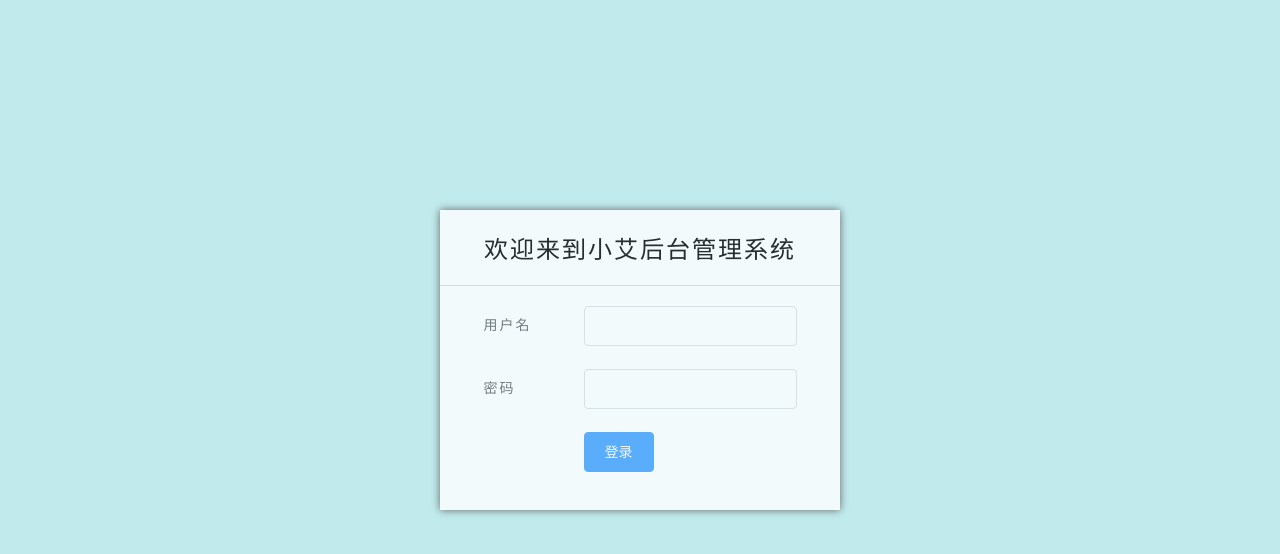
Repository: noob-injoker/router-slots-cw-ee
Page: /Login
An editor plug-in stored every save of this project. The page is shown before and after the next save, followed by the edit.
The browser window is 1280 px wide. The pictures show the whole page.
The project was rebuilt for these pictures with package versions that can differ from the ones it lists, and the page was loaded fresh each time. Also part of the build but not shown: vue.config.js, src/views/Home.vue, src/views/Layout.vue.

Above is the page before, as saved 2020-08-29 20:14:39.

### src/main.js
import Vue from 'vue'
import App from './App.vue'
import router from './router'
import store from './store'
import './bus'
import ElementUI from 'element-ui'
import 'element-ui/lib/theme-chalk/index.css'

Vue.use(ElementUI)

Vue.config.productionTip = false

new Vue({
  router,
  store,
  render: h => h(App)
}).$mount('#app')

### src/App.vue
<template>
<div id="app">

  <router-view />

</div>
</template>

<style>
@import './styles/styles.scss';
@import './styles/common.scss';
</style>

### src/router/index.js
import Vue from 'vue'
import VueRouter from 'vue-router'
import Home from '../views/Home.vue'
import Layout from '../views/Layout.vue'

Vue.use(VueRouter)

  const routes = [
    {
      path: '/',
      name: 'Layout',
      component: Layout,
      children: [

        {
          path: '',
          name: 'Home',
          component: Home
        }
        // ,
        // {
        //   path: 'cata',
        //   name: 'cata',
        //   component: () => import('../views/cata.vue')
        // }
      ]

    },
    {
      path:'/Login',
      name:"Login",
      component: () => import('../views/Login.vue'),
      meta:{
        title:'登录'
      }
    },
  // ,
  // {
  //   path: '/about',
  //   name: 'About',
  //   // route level code-splitting
  //   // this generates a separate chunk (about.[hash].js) for this route
  //   // which is lazy-loaded when the route is visited.
  //   component: () => import(/* webpackChunkName: "about" */ '../views/About.vue')
  // }

]

const router = new VueRouter({
  mode: 'history',
  base: process.env.BASE_URL,
  routes
})

export default router

### src/store/index.js
import Vue from 'vue'
import Vuex from 'vuex'
import user from './user/user'

Vue.use(Vuex)

export default new Vuex.Store({
  state: {
    some:""
  },
  mutations: {
    setSome(state,data){
      state.some = data
    }
  },
  actions: {
  },
  modules: {
    user
  }
})

### src/bus/index.js
import Vue from 'vue'
const bus = new Vue()
Vue.prototype.$bus = bus

### src/styles/styles.scss
.username .el-form-item__label,.password .el-form-item__label{
    text-align: left;
}

### src/styles/common.scss
*{
  margin: 0px;
  padding: 0px;
}

.df{
  display: flex;
}
.f-1{
  flex: 1;
}
.j-center{
  display: flex;
  justify-content: center;

}
.j-bettween{
  display: flex;
  justify-content: space-between;

}
.j-around{
  display: flex;
  justify-content: space-around;
}
.j-end{
  display: flex;
  justify-content: flex-end;
}
.a-center{
  align-items: center;
}
.f-column{
  display: flex;
  flex-direction: column;
}
.p-r{
  position: relative;
}
.p-a{
  position: absolute;
}

.r1{
  border: 1px solid red;
}
.y1{
  border: 1px solid yellow;
}
.b1{
  border: 1px solid black;
}

.l-height32{
  line-height: 32px;
}
.w100{

  width: 100%;

}
.t-center{
  text-align: center;

}
.f12{
  font-size: 12px;
}

.w1170{
  width: 1170px;
}
.h100{
  height: 100px;
}
.h70{
  height: 70px;
}
.h436{
  height: 436px;
}
.h350{
  height: 350px;
}
.w1070{
  width: 1070px;
}
.h1590{
  height: 1590px;
}
.h726{
  height: 726px;
}
.w1054{
  width: 1054px;
}
.h160{
  height: 160px;
}
.w732{
  width: 732px;
}
.b2{
  border: 2px solid black;
}
.h434{
  height: 434px;

}
.h600{
  height: 600px;
}
.w1078{
  width: 1078px;
}
.h362{
  height: 362px;
}
.fs16{
  font-size: 16px;
}
.w652{
  width: 652px;

}
.h82{
  height: 82px;
}
.w1064{
  width: 1064px;
}
.h352{
  height: 352px;
}
.w286{
  width: 286px;
}
.h22{
  height: 22px;
}
.w290{
  width: 290px;
}
.h330{
  height: 330px;
}
.mt40{
  margin-top: 40px;
}
.h724{
  height: 724px;
}
.h630{
  height: 630px;

}
.w1058{
  width: 1058px;
}
.h160{
  height: 160px;
}
.w290{
  width: 290px;
}
.w738{
  width: 738px;
}
.w1170{
  width: 1170;
}
.h468{
  height: 468px;
}
.mt20{
  margin-top: 20px;
}
.h318{
  height: 318px;
}
.w652{
  width: 652px;
}
.w370{
  width: 370px;
}
.h314{
  height: 314px;
}
.g1{
  border: 1px solid gray;
}
.w146{
  width: 146px;
}
.box_content3_pic img{
  width: 100%;
  height: 100%;
}
.w488{
  width: 488px;
}
.h420{
  height: 420px;
}
.h234{
  height: 234px;
}
.w950{
  width: 950px;
}
.h68{
  height: 68px;
}
.w124{
  width: 124px;
}
.h50{
  height: 50px;
}
.w190{
  width: 190px;
}
.h44{
  height: 44px;
}
.w184{
  width: 184px;
}
.h32{
  height: 32px;
}
.h400{
  height: 400px;
}
.w1200{
  width: 1200px;
}
.w950{
  width: 950px;

}
.h630{
  height: 630px;
}
.h188{
  height: 188px;
}
.h380{
  height: 380px;
}
.h335{
  height: 335px;
}
.h138{
  height: 138px;
}
.w238{
  width: 238px;
}
.h668{
  height: 668px;
}
.h446{
  height: 446px;
}
.w460{
  width: 460px;
}
.w140{
  width: 140px;
}
.h140{
  height: 140px;
}
.w320{
  width: 320px;
}
.w950{
  width: 950px;

}
.h498{
  height: 498px;
}
.h100{
  height: 100px;
}
.h398{
  height: 398px;
}
.mb10{
  margin-bottom: 10px;
}
.w358{
  width: 358px;
}
.w440{
  width: 440px;
}
.w119{
  width: 119px;
}
.h30{
  height: 30px;
}
.w59{
  width: 59px;
}
.h88{
  height: 88px;
}
.w1000{
  width: 1000px;
}
.height{
  height: 460px;
}
.w120{
  width: 120px;
}
.h70{
  height: 70px;
}
.fs12{
  font-size: 12px;
}
.fs14{
  font-size: 14px;
}
.h509{
  height: 509px;
}
.w644{
  width: 644px;
}
.w274{
  width: 274px;
}
.w162{
  width: 274px;
}
.h104{
  height: 104px;
}
.w450{
  width: 450px;
}
.w162{
  width: 162px;
}
.h38{
  height: 38px;
}
.h40{
  height: 40px;
}
.w276{
  width: 276px;
}
.h320{
  height: 320px;
}
.w274{
  width: 274px;

}
.h76{
  height: 76px;
}
.h84{
  height: 84px;
}
.h140{
  height: 140px;
}
.h72{
  height: 72px;
}
.h80{
  height: 80px;
}
.h140{
  height: 140px;
}
.w98{
  width: 98px;
}
.w172{
  width: 172px;
}
.h310{
  height: 310px;
}
.h150{
  height: 150px;
}
.h40{
  height: 40px;
}
.pr{
  position: relative;
}
.pa{
  position: absolute;
}
.h176{
  height: 176px;
}
.w920{
  width: 920px;
}
.h122{
  height: 122px;
}
.h145{
  height: 145px;
}
.h108{
  height: 108px;
}
.h48{
  height: 48px;
}
.w612{
  width: 612px;
}
.h36{
  height: 36px;
}
.w322{
  width: 322px;
}
.w1002{
  width: 1002px;
}
.h98{
  height: 98px;
}
.h44{
  height: 44px;
}

.h328{
  height: 328px;
}
.w670{
  width: 670px;
}
.w258{
  width: 258px;
}
.h368{
  height: 368px;
}
.h308{
  height: 308px;
}
.w332{
  width: 332px;
}
.h590{
  height: 590px;
}
.h466{
  height: 466px;
}
.w242{
  width: 242px;
}
.w732{
  width: 732px;
}
.h42{
  height: 42px;
}
.w420{
  width: 420px;
}
.w270{
  width: 270px;
}
.w730{
  width: 730px;
}
.h150{
  height: 150px;
}
.w270{
  width: 270px;
}
.h120{
  height: 120px;
}
.w420{
  width: 420px;
}

.h150{
  height: 150px;
}
.w244{
  width: 244px;

}
.h276{
  height: 276px;
}
.h42{
  height: 42px;
}
.h490{
  height: 490px;
}
.f1{
  flex: 1;
}
.f5{
  flex: 5;
}
.h64{
  height: 64px;
}
.m-l-20{
  margin-left: 20px;
}
.p-l-8{

  padding-left: 8px;
}
.cw{
  color: white;
}
.bg_blue{
  background: rgb(87, 87, 128);
}
.p10{
  padding:10px;
}
.m-t-40{
  margin-top: 40px;
}
.m-t-10{
  margin-top: 10px;
}
.wb20{
  width: 20%;
}
.wb24{
  width: 24%;
}
.hb30{
  height: 30%;
}
.h60{
  height: 60px;
}
.fs22{
  font-size: 40px;
}
.h50{
  height: 50px;
}
.w200{
  width: 200px;
}
.m-t-10{
  margin-top: 10px;
}
.fw7{
  font-weight: 700;
}
.w200{
  width: 200px;
}
.h200{
  height: 200px;
}
.h602{
  height: 602px;
}
.h608{
  height: 607px;
}
.m-l-r-20{
  margin-left: 20px;
  margin-right: 20px;
}
.bgwhite{
  background: white;
}
.fixed{
  position: fixed;
}
.m-l-r-15{
  margin-left: 15px;
  margin-right: 15px;
}
.m-l-10{
  margin-left: 10px;
}
.m-t-15{
  margin-top:15px
}
.h40{
  height: 40px;
}
.bgw{
  background: white;
}
.h30{
  height: 30px;
}
.wb100{
  width: 100%;
}
.w300{
  width: 400px;
}
.h40{
  height: 40px;
}
.m-b-20{
  margin-bottom: 20px;
}
.m-t-20{
  margin-top: 20px;
}
.m-r-30{
  margin-right:30px;
}
.ccc{
  display: flex;
  align-items: center;
  justify-content: center;
}
.w00{
  width: 100%;

}
.h00{
  height: 100%;
}
.bgBlue{
  background: blue;
}
.bgBlack{
  background: black;
}
.bgGreen{
  background: green;
}

### src/views/Login.vue
<template>
<div class="box">

  <div class="login-box">
    <div class="title ">欢迎来到小艾后台管理系统</div>
    <div class="line"></div>
    <el-form :model="ruleForm" :rules="rules" ref="ruleForm" label-width="100px" class="demo-ruleForm">

      <div class="username">
        <el-form-item label="用户名" prop="用户名">
          <el-input v-model="ruleForm.username"></el-input>
        </el-form-item>
      </div>

      <div class="password">
        <el-form-item label="密码" prop="密码">
          <el-input type="password" v-model="ruleForm.password"></el-input>
        </el-form-item>
      </div>

      <el-form-item>

        <el-button type="primary" @click="submitForm('ruleForm')">登录</el-button>

      </el-form-item>

    </el-form>
  </div>
</div>
</template>

<script>
export default {
  name: '',
  props: {},
  components: {

  },
  data() {
    return {
      ruleForm: {
        username: '',
        password: "",
      },
      rules: {
        username: [{
            required: true,
            message: '请输入用户名',
            trigger: 'blur'
          },
          {
            min: 3,
            max: 5,
            message: '长度在 3 到 5 个字符',
            trigger: 'blur'
          }
        ],
        password: [{
            required: true,
            message: '请输入密码',
            trigger: 'blur'
          },
          {
            min: 3,
            max: 5,
            message: '长度在 3 到 5 个字符',
            trigger: 'blur'
          }
        ]
      }

    }
  },
  methods: {

    submitForm(formName) {
      this.$refs[formName].validate((valid) => {
        if (valid) {
          this.$store.dispatch('user/login', {
            username: this.ruleForm.username,
            password: this.ruleForm.password
          })
          alert('submit!');

        } else {
          console.log('error submit!!');
          return false;
        }
      });
    }

  },
  mounted() {

  },
  watch: {

  },
  computed: {

  }
}
</script>

<style lang="scss" scoped>
.line {
  text-align: left !important;
}

.line {
  margin: 20px auto;
  width: 100%;
  height: 1px;
  background: rgb(216, 212, 212);
}

.b1 {
  border: 1px solid red;
}

.title {
  margin-top: 20px;
  font-size: 24px;
}

.el-input__inner {
  background: white;
}

.box {
  letter-spacing: 2px;
  background: rgb(192, 234, 236);
  width: 100%;
  height: 100%;
  position: absolute;

}

.login-box {
  position: absolute;
  margin: auto;
  left: 0;
  right: 0;
  top: 0;
  bottom: 0;
  width: 400px;
  height: 300px;
  background: white;
  box-shadow: 0 0 8px rgb(75, 70, 70);
  display: flex;
  flex-direction: column;
  align-items: center;
  opacity: 0.8;

}
</style>

### src/store/user/user.js
import api from '../../http/api'
import router from '../../router'
import {Message} from 'element-ui'

export default {
  // 开启命名空间 这个文件就是单独的一个vuex的模块
  namespaced: true,
  state: {
    menus: []
  },
  mutations: {
    setMenus(state, data) {
      state.menus = data
    }
  },
  actions: {
    // 所有的请求都写在actions里面
    // action里面的方法可以传两个参数 第一个参数是整个store(vuex对象) 第二个参数是请求的参数
    async getMenus({commit}) {
      let res = await api.getMenus()
      if (res.meta.status === 200) {
        // 提交mutation
        commit('setMenus', res.data)
      }
    },
    async login({commit}, {username, password}) {
      console.log(commit);
      let res = await api.login({
        username,
        password
      })
      if (res.meta.status === 200) {
        // 存储信息
        localStorage.setItem('adminToken', res.data.token)
        localStorage.setItem('adminUser', JSON.stringify(res.data))
        // 跳转路由
        router.push('/Home')
        // 提示用户
        Message.success('登录成功')
      } else {
        Message.error(res.meta.msg)
      }
    }
    // getMenus() {
    //   api.getMenus().then().catch()
    // }
  },
}

### src/http/api.js
import service from './index'

export default {
  login({username, password}) {
    return service.post('/login', {
      username,
      password
    })
  },
  getMenus() {
    return service.get('menus')
  }
}

### src/http/index.js
import axios from 'axios'
import nprogress from 'nprogress'
import {Message} from 'element-ui'


// 运行环境: 本地环境:devlpment 和线上(生产)环境: production
const isPro = process.env.NODE_ENV === 'production'

// 创建一个axios的实例
const service = axios.create({
  // 基础路径: 需要根据当前的运行环境来判断
  baseURL: isPro ? '线上的接口路径' : '/api',
  // 超时时间
  timeout: 100000
})


// 请求拦截: 每一次发请求都会做的事情
service.interceptors.request.use((config) => {
  nprogress.start()
  // 前后端鉴权
  // jwt: JSON WEB TOKEN
  // 登录成功之后 后端会返回一个令牌
  let token = localStorage.getItem('adminToken')
  if (token) {
    // 需要在请求头当中添加token
    config.headers['Authorization'] = token
  }
  return config
}, err => {
  nprogress.done()
  return Promise.reject(err)
})


// 响应拦截: 每一次接口返回数据的时候都会做的事情
service.interceptors.response.use((res) => {
  nprogress.done()
  return res.data
}, err => {
  if (err.response && err.response.status) {
    // 错误请求的状态码
    let status = err.response.status
    if (status === 400) {
      Message.error('参数错误')
    }
    if (status === 401) {
      Message.error('登录过期,请重新登录')
    }
    if (status === 403) {
      Message.error('没有权限')
    }
    if (status === 404) {
      Message.error('接口路径错误')
    }
    if (status === 500) {
      Message.error('服务器出错')
    }
    if (status === 503) {
      Message.error('服务器在维护')
    }
  }
  return Promise.reject(err)
})


export default service

Loaded but not shown: public/index.html (common file)

After the next save:
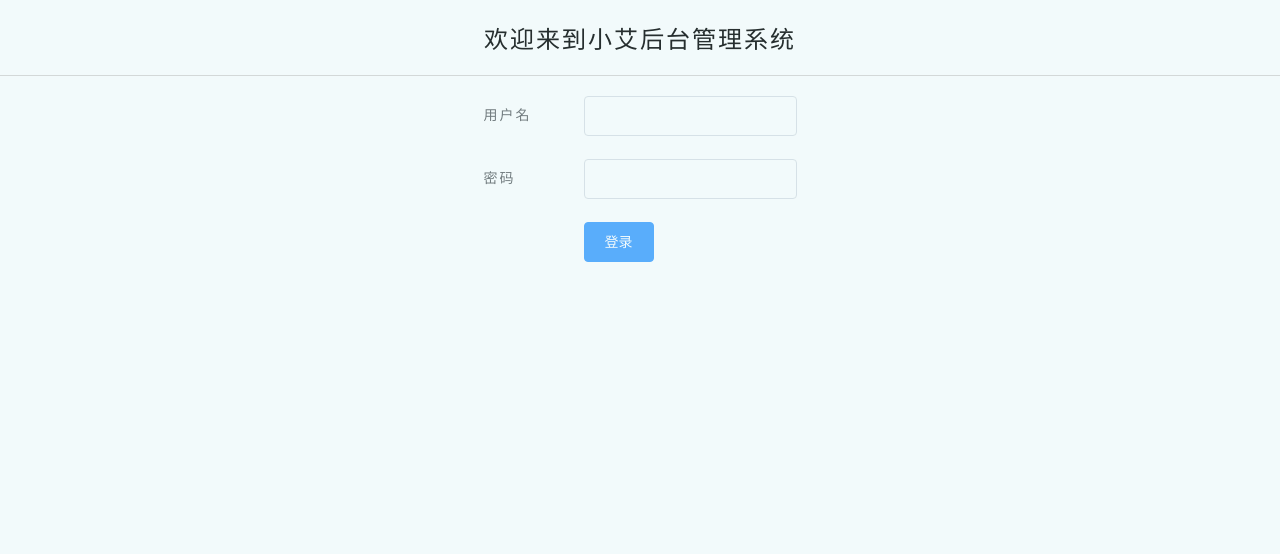
Saved 5 min 17 s later.
--- a/src/views/Login.vue
+++ b/src/views/Login.vue
@@ -143,8 +143,7 @@
   right: 0;
   top: 0;
   bottom: 0;
-  width: 400px;
-  height: 300px;
+
   background: white;
   box-shadow: 0 0 8px rgb(75, 70, 70);
   display: flex;

After the save that followed:
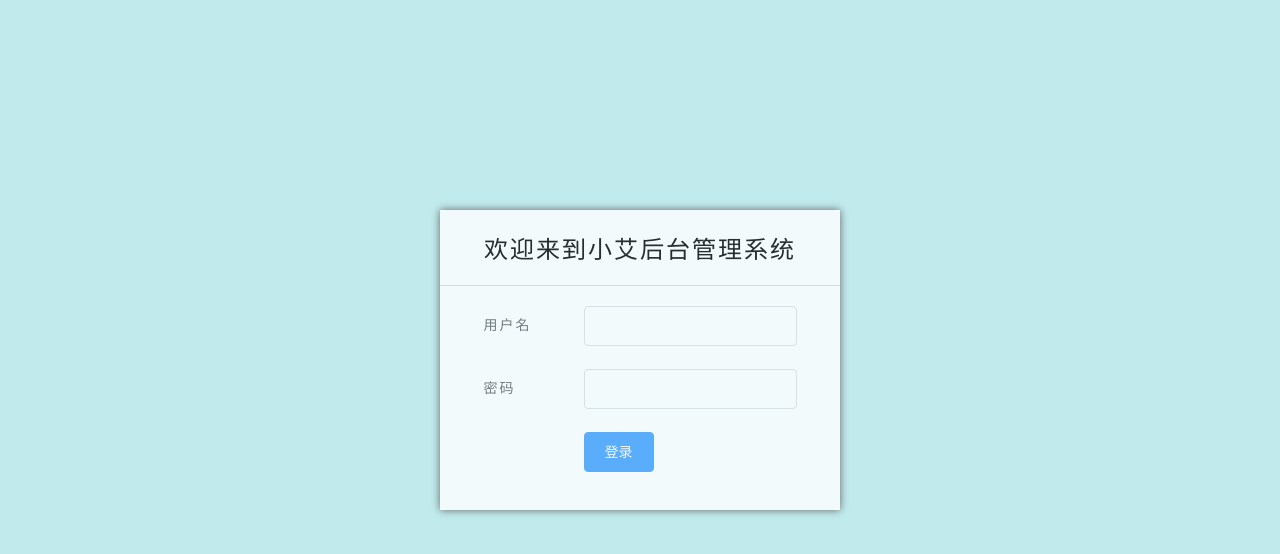
Saved 45 s later.
--- a/src/views/Login.vue
+++ b/src/views/Login.vue
@@ -143,7 +143,8 @@
   right: 0;
   top: 0;
   bottom: 0;
-
+  width: 400px;
+  height: 300px;
   background: white;
   box-shadow: 0 0 8px rgb(75, 70, 70);
   display: flex;
